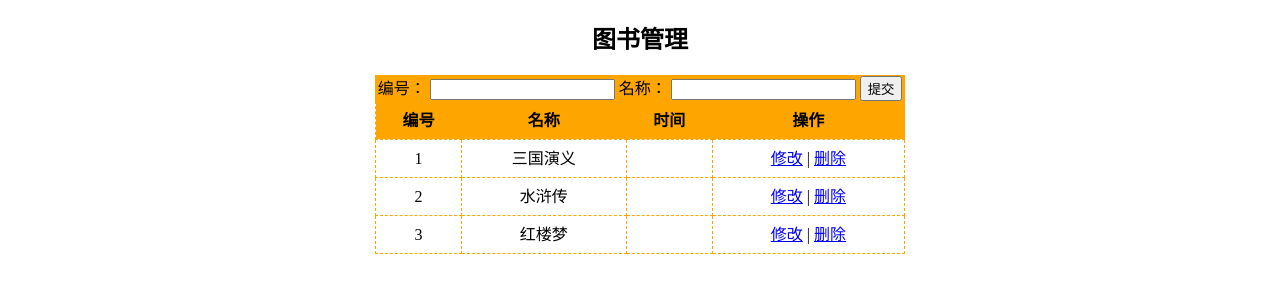
Repository: wjiawei97/FrontEndExercises
Page: 8. book_manegement/index.html
An editor plug-in stored every save of this project. The page is shown before and after the next save, followed by the edit.
The browser window is 1280 px wide. The pictures show the whole page.

Above is the page before, as saved 2021-08-22 12:24:34.

### 8. book_manegement/index.html
<!DOCTYPE html>
<html lang="en">
<head>
    <meta charset="UTF-8">
    <meta http-equiv="X-UA-Compatible" content="IE=edge">
    <meta name="viewport" content="width=device-width, initial-scale=1.0">
    <title>Document</title>
    <style>
        .grid{
            margin: 0 auto;
            width: 530px;
            text-align: center;
        }
        .grid table{
            width: 100%;
            border-collapse: collapse;
        }
        .grid th{
            background-color: orange;
        }
        .grid th,td{
            border: 1px dashed orange;
            height: 35px;
            line-height: 35px;
        }
        .grid .book{
            background-color: orange;
        }
    </style>
</head>
<body>
    <div id="app">
        <div class="grid">
            <div>
                <h2>图书管理</h2>
                <div class="book">
                    <label for="id">编号：</label>
                    <input type="text" id="id" v-model='id'>
                    <label for="name">名称：</label>
                    <input type="text" id="name" v-model='name'>
                    <button @click='submit'>提交</button>
                </div>
            </div>
            <table>
                <thead>
                    <tr>
                        <th>编号</th>
                        <th>名称</th>
                        <th>时间</th>
                        <th>操作</th>
                    </tr>
                </thead>
                <tbody>
                    <tr :key="item.id" v-for='(item,index) in list'>
                        <td>{{item.id}}</td>
                        <td>{{item.name}}</td>
                        <td>{{item.date}}</td>
                        <td>
                            <a href="#" @click.prevent>修改</a>
                            <span>|</span>
                            <a href="#" @click.prevent>删除</a>
                        </td>
                    </tr>
                </tbody>
            </table>
        </div>
    </div>
    <script src="https://cdn.jsdelivr.net/npm/vue@2.6.14/dist/vue.js"></script>
    <script>
        var vm=new Vue({
            el:'#app',
            data:{
                list:[{
                    id:1,
                    name:'三国演义',
                    date:''
                },{
                    id:2,
                    name:'水浒传',
                    date:''
                },{
                    id:3,
                    name:'红楼梦',
                    date:''
                }]
            }
        })
    </script>
</body>
</html>

After the next save:
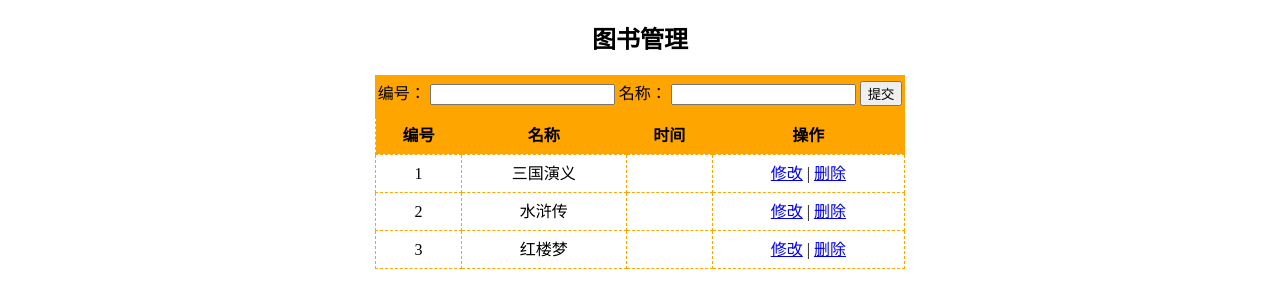
Saved 19 s later.
--- a/8. book_manegement/index.html
+++ b/8. book_manegement/index.html
@@ -25,6 +25,7 @@
         }
         .grid .book{
             background-color: orange;
+            padding: 5px 0 10px;
         }
     </style>
 </head>
